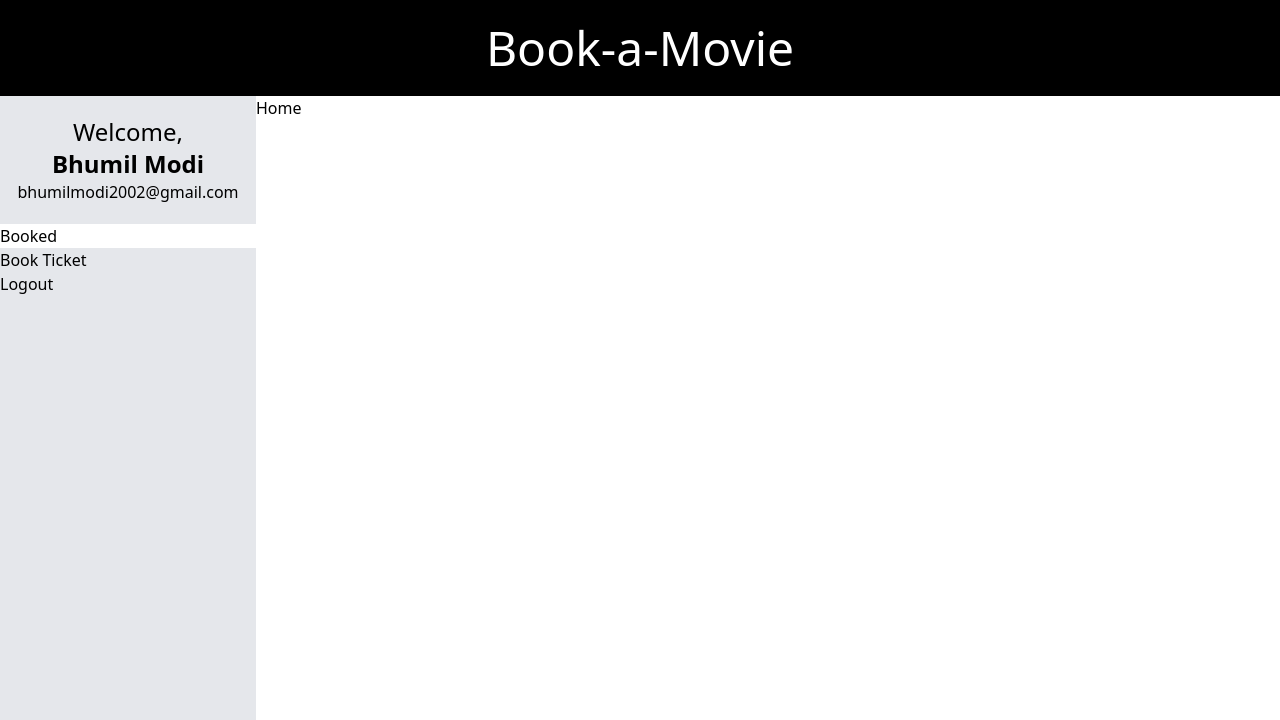
Repository: BhumilModi/movie-booking-app-assignment
Page: /Home
These files come from the project's save history. The page is drawn as it stood at one moment and after the next save; the edit follows.
The browser window is 1280 px wide. The pictures show the whole page.
The project was rebuilt for these pictures with package versions that can differ from the ones it lists, and the page was loaded fresh each time. Also part of the build but not shown: src/App.css, src/components/Login.jsx, src/components/SignUp.jsx.

Above is the page before, as saved 2022-11-29 19:17:41.

After the next save:
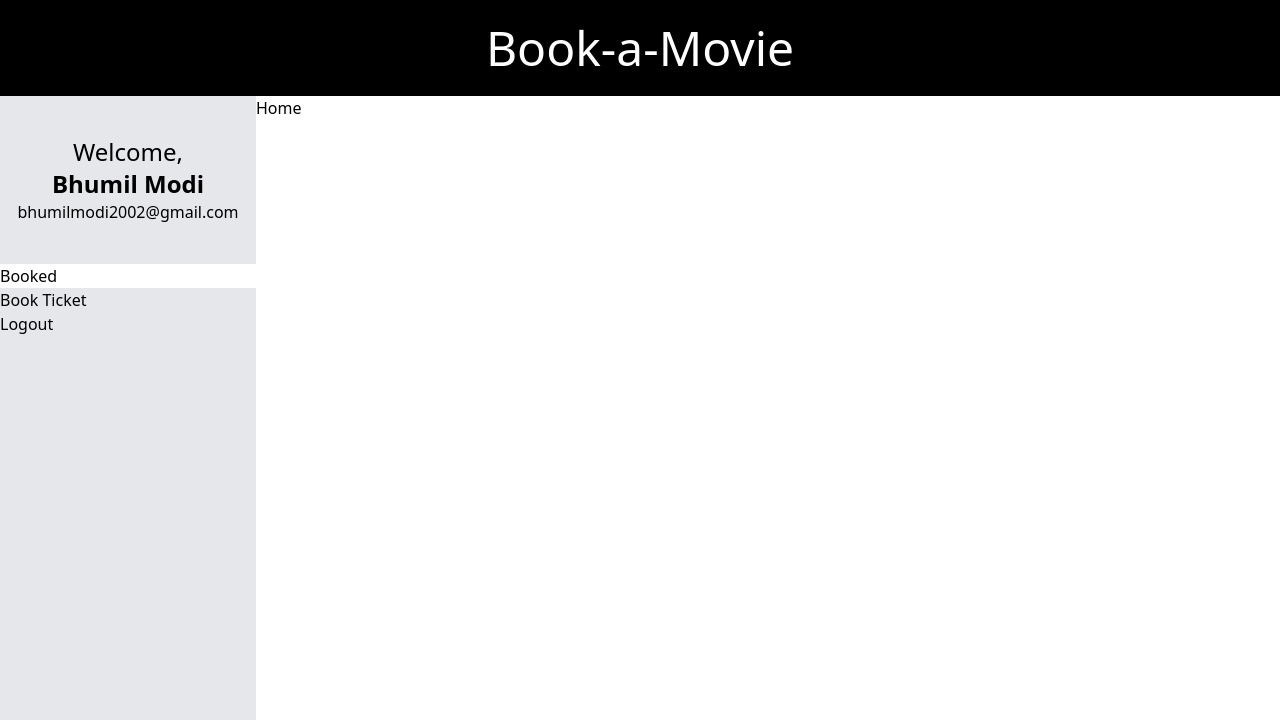
Saved 25 s later.
--- a/src/components/Sidebar.jsx
+++ b/src/components/Sidebar.jsx
@@ -3,7 +3,7 @@ import React from "react";
 function Sidebar() {
   return (
     <div className="w-1/5 h-full bg-gray-200 ">
-      <div className="flex flex-col justify-center items-center my-5 px-10">
+      <div className="flex flex-col justify-center items-center my-10 px-10 ">
         <div className="text-2xl">Welcome,</div>
         <div className="text-2xl font-semibold">Bhumil Modi</div>
         <div className="text-md">bhumilmodi2002@gmail.com</div>
